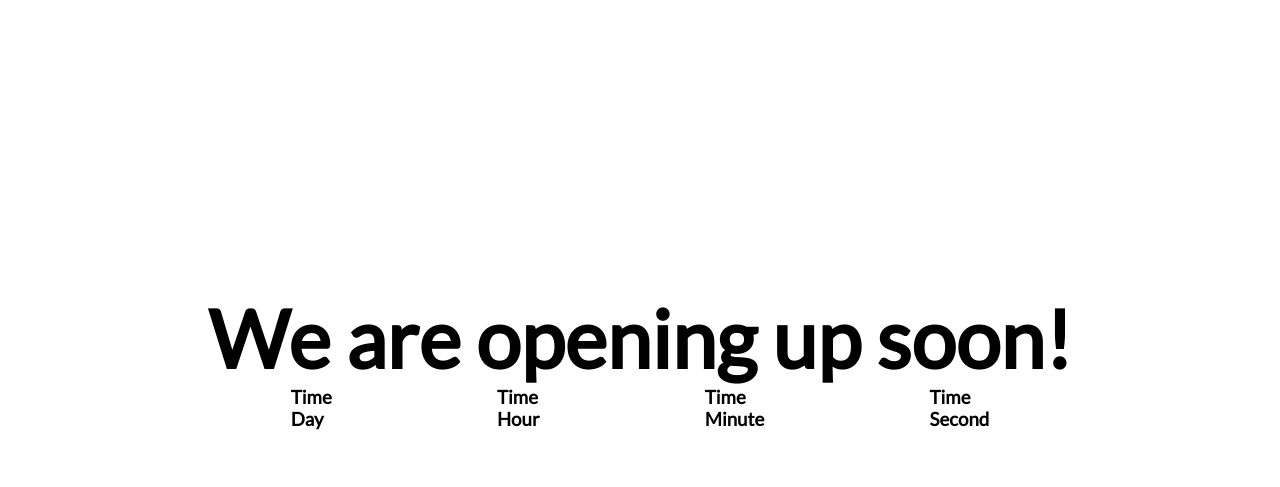
Repository: PratypartyY2K/JavaScript-Projects
Page: Countdown/index.html
The author's editor kept a copy of each file at every save. The page is drawn from the files as they stood at one save, then again after the next save.
The browser window is 1280 px wide. The pictures show the whole page.

Above is the page before, as saved 2021-05-13 16:45:02.

### Countdown/index.html
<!DOCTYPE html>
<html lang="en">

<head>
    <meta charset="UTF-8">
    <meta http-equiv="X-UA-Compatible" content="IE=edge">
    <meta name="viewport" content="width=device-width, initial-scale=1.0">
    <title>Countdown</title>
    <link rel="preconnect" href="https://fonts.gstatic.com">
    <link href="https://fonts.googleapis.com/css2?family=Lato&display=swap" rel="stylesheet">
    <link rel="stylesheet" href="styles.css">
</head>

<body>
    <section class="coming-soon">
        <div>
            <h2>We are opening up soon!</h2>
            <div class="countdown">
                <div class="container-day">
                    <h3 class="day">Time</h3>
                    <h3>Day</h3>
                </div>
                <div class="container-hour">
                    <h3 class="hour">Time</h3>
                    <h3>Hour</h3>
                </div>
                <div class="container-minute">
                    <h3 class="minute">Time</h3>
                    <h3>Minute</h3>
                </div>
                <div class="container-second">
                    <h3 class="second">Time</h3>
                    <h3>Second</h3>
                </div>
            </div>
        </div>
    </section>
    <script src="app.js"></script>
</body>

</html>

### Countdown/styles.css
* {
    margin: 0;
    padding: 0;
    box-sizing: border-box;
}

body {
    font-family: "Lato", sans-serif;
}

h2 {
    font-size: 5rem;
    font-weight: bold;
}

.coming-soon {
    min-height: 100vh;
    display: flex;
    flex-direction: column;
    align-items: center;
    justify-content: center;
}

.countdown {
    display: flex;
    justify-content: space-around;
}

Loaded but not shown: Countdown/app.js (no copy from this time; the picture is the same without it)

After the next save:
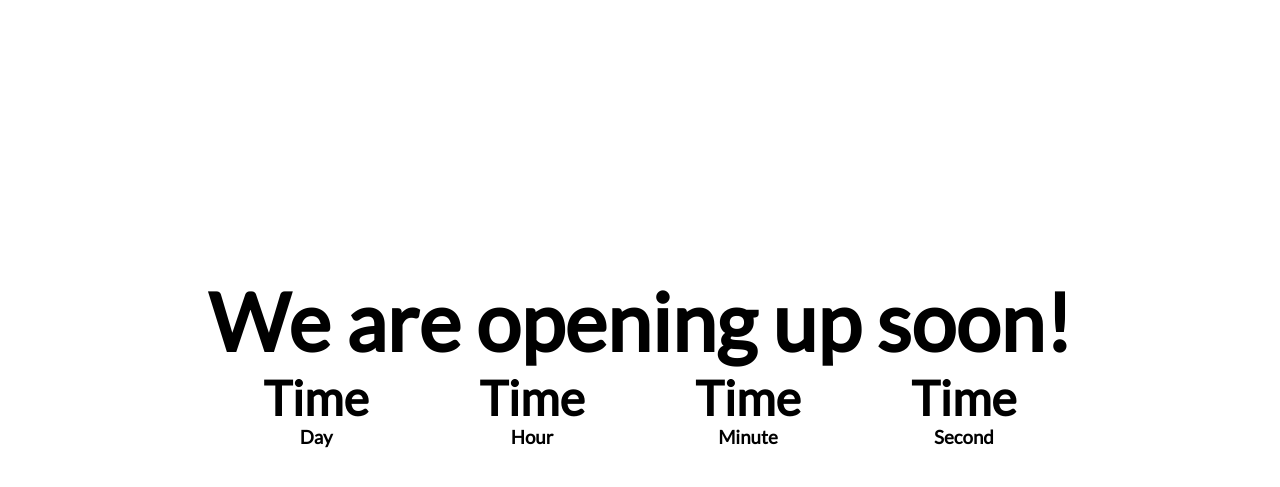
Saved 42 s later.
--- a/Countdown/styles.css
+++ b/Countdown/styles.css
@@ -24,4 +24,9 @@
 .countdown {
     display: flex;
     justify-content: space-around;
+    text-align: center;
 }
+
+.day,.hour,.minute,.second {
+    font-size: 3rem;
+}
